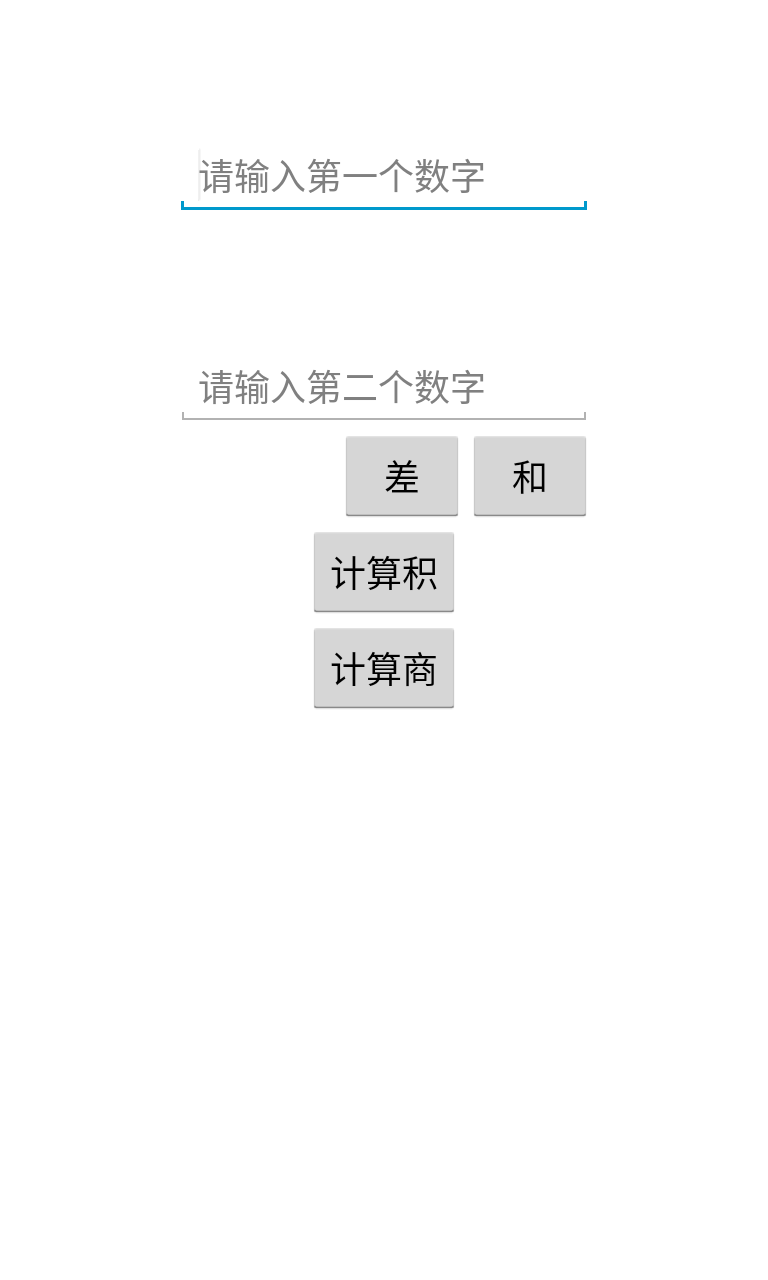
Repository: KungW/windows_learn_java_track
Layout: Caculator/res/layout/activity_main.xml
An editor plug-in stored every save of this project. The layout is shown before and after the next save, followed by the edit.
It is drawn on a 768 x 1280 px phone screen (xhdpi) without system bars, with theme AppTheme; the app's code is not run.

Above is the layout before, as saved 2016-10-14 07:42:59.

### Caculator/res/layout/activity_main.xml
<RelativeLayout xmlns:android="http://schemas.android.com/apk/res/android"
    xmlns:tools="http://schemas.android.com/tools"
    android:layout_width="match_parent"
    android:layout_height="wrap_content"
    android:paddingBottom="@dimen/activity_vertical_margin"
    android:paddingLeft="@dimen/activity_horizontal_margin"
    android:paddingRight="@dimen/activity_horizontal_margin"
    android:paddingTop="@dimen/activity_vertical_margin"
    tools:context=".MainActivity" >

    <EditText
        android:id="@+id/editText2"
        android:layout_width="wrap_content"
        android:layout_height="wrap_content"
        android:layout_alignLeft="@+id/editText1"
        android:layout_below="@+id/editText1"
        android:layout_marginTop="64dp"
        android:hint="请输入第二个数字"
        android:ems="10" />

    <Button
        android:id="@+id/button1"
        android:layout_width="wrap_content"
        android:layout_height="wrap_content"
        android:layout_below="@+id/editText2"
        android:layout_alignRight="@id/editText2"
        android:text="和" />
    <Button
        android:id="@+id/button2"
        android:layout_width="wrap_content"
        android:layout_height="wrap_content"
        android:layout_below="@+id/editText2"
        android:layout_toLeftOf="@id/button1"
        android:text="差" />
    <Button
        android:id="@+id/button3"
        android:layout_width="wrap_content"
        android:layout_height="wrap_content"
        android:layout_below="@id/button2"
        android:layout_centerHorizontal="true"
        android:text="计算积" />
    <Button
        android:id="@+id/button4"
        android:layout_width="wrap_content"
        android:layout_height="wrap_content"
        android:layout_below="@id/button3"
        android:layout_centerHorizontal="true"
        android:text="计算商" />

    <TextView
        android:id="@+id/textView1"
        android:layout_width="wrap_content"
        android:layout_height="wrap_content"
        android:layout_alignParentLeft="true"
        android:layout_alignParentRight="true"
        android:layout_below="@+id/button1"
        android:layout_marginTop="41dp"
        android:textAppearance="?android:attr/textAppearanceLarge" />

    <EditText
        android:id="@+id/editText1"
        android:layout_width="wrap_content"
        android:layout_height="wrap_content"
        android:layout_alignParentTop="true"
        android:layout_centerHorizontal="true"
        android:layout_marginTop="51dp"
        android:ems="10"
        android:hint="请输入第一个数字" >

        <requestFocus />
    </EditText>

</RelativeLayout>

Loaded but not shown: Caculator/res/values/styles.xml (common file); Caculator/res/values-v11/styles.xml (common file); Caculator/res/values-v14/styles.xml (common file); Caculator/res/values/dimens.xml (common file)

After the next save:
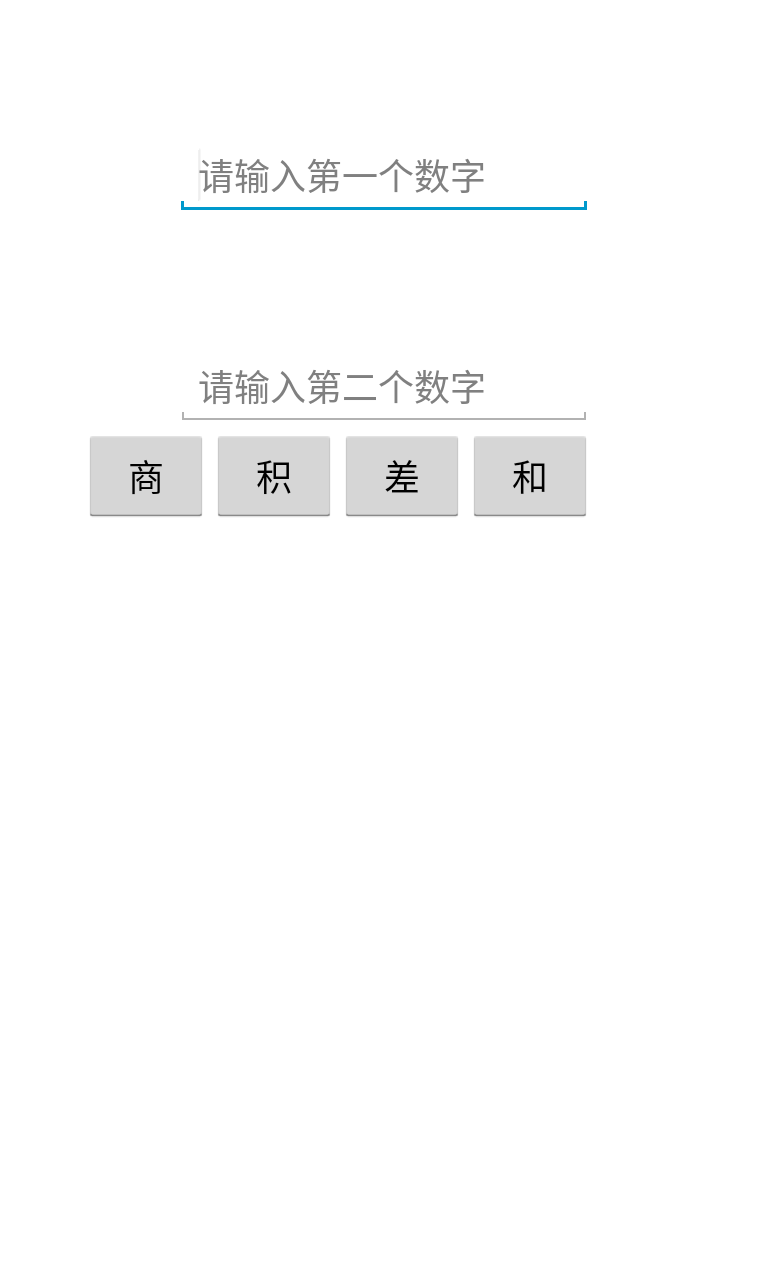
Saved 28 s later.
--- a/Caculator/res/layout/activity_main.xml
+++ b/Caculator/res/layout/activity_main.xml
@@ -36,16 +36,16 @@
         android:id="@+id/button3"
         android:layout_width="wrap_content"
         android:layout_height="wrap_content"
-        android:layout_below="@id/button2"
-        android:layout_centerHorizontal="true"
-        android:text="计算积" />
+        android:layout_below="@+id/editText2"
+        android:layout_toLeftOf="@id/button2"
+        android:text="积" />
     <Button
         android:id="@+id/button4"
         android:layout_width="wrap_content"
         android:layout_height="wrap_content"
-        android:layout_below="@id/button3"
-        android:layout_centerHorizontal="true"
-        android:text="计算商" />
+        android:layout_below="@+id/editText2"
+        android:layout_toLeftOf="@id/button3"
+        android:text="商" />
 
     <TextView
         android:id="@+id/textView1"
